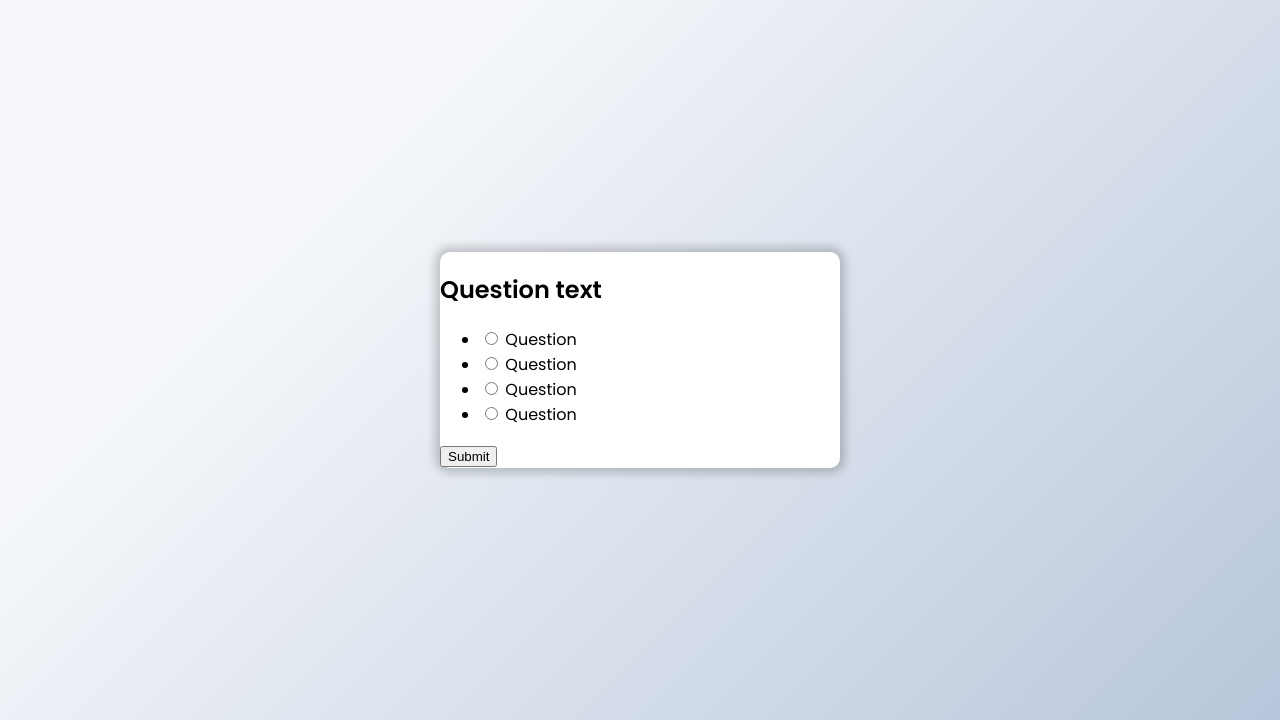
Repository: kate30980/projects-js-practice
Page: quiz-app/index.html
An editor plug-in stored every save of this project. The page is shown before and after the next save, followed by the edit.
The browser window is 1280 px wide. The pictures show the whole page.

Above is the page before, as saved 2021-09-05 22:00:56.

After the next save:
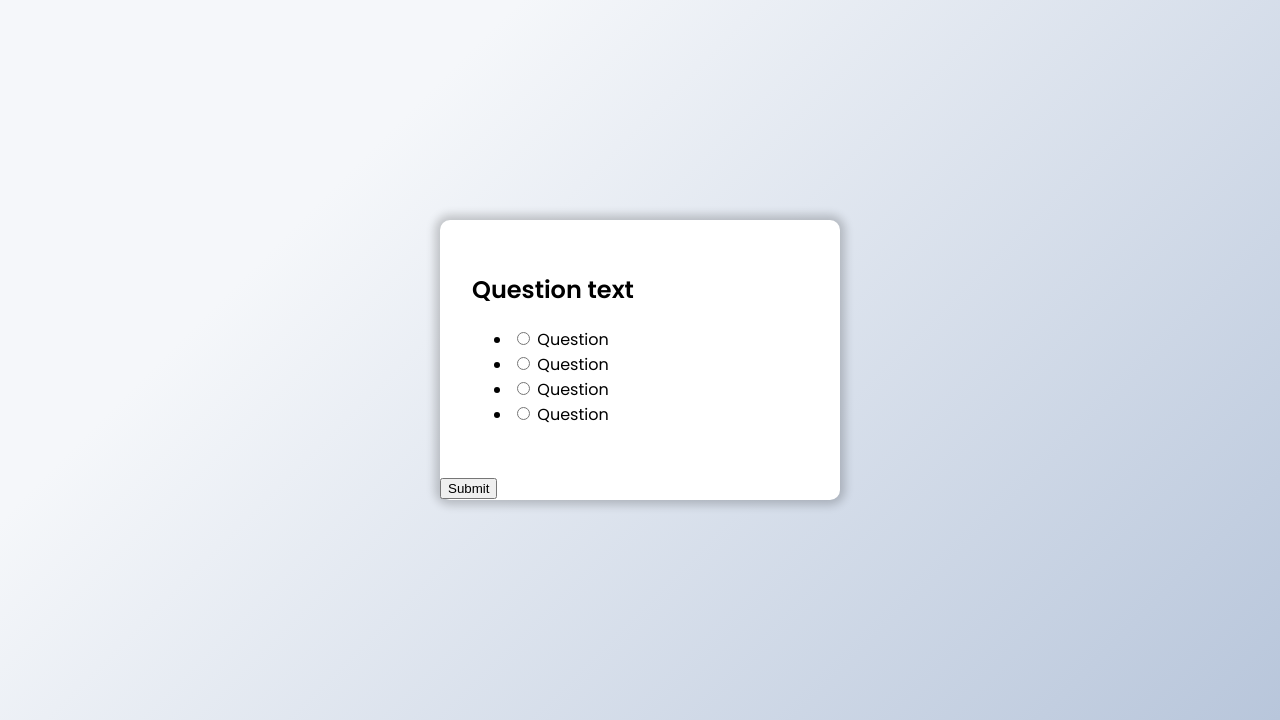
Saved 22 s later.
--- a/quiz-app/style.css
+++ b/quiz-app/style.css
@@ -23,3 +23,6 @@ body {
     border-radius: 10px;
     box-shadow: rgba(0, 0, 0, 0.2) 0px 0 10px 5px;
 }
+.quiz-header{
+    padding: 2rem;
+}
